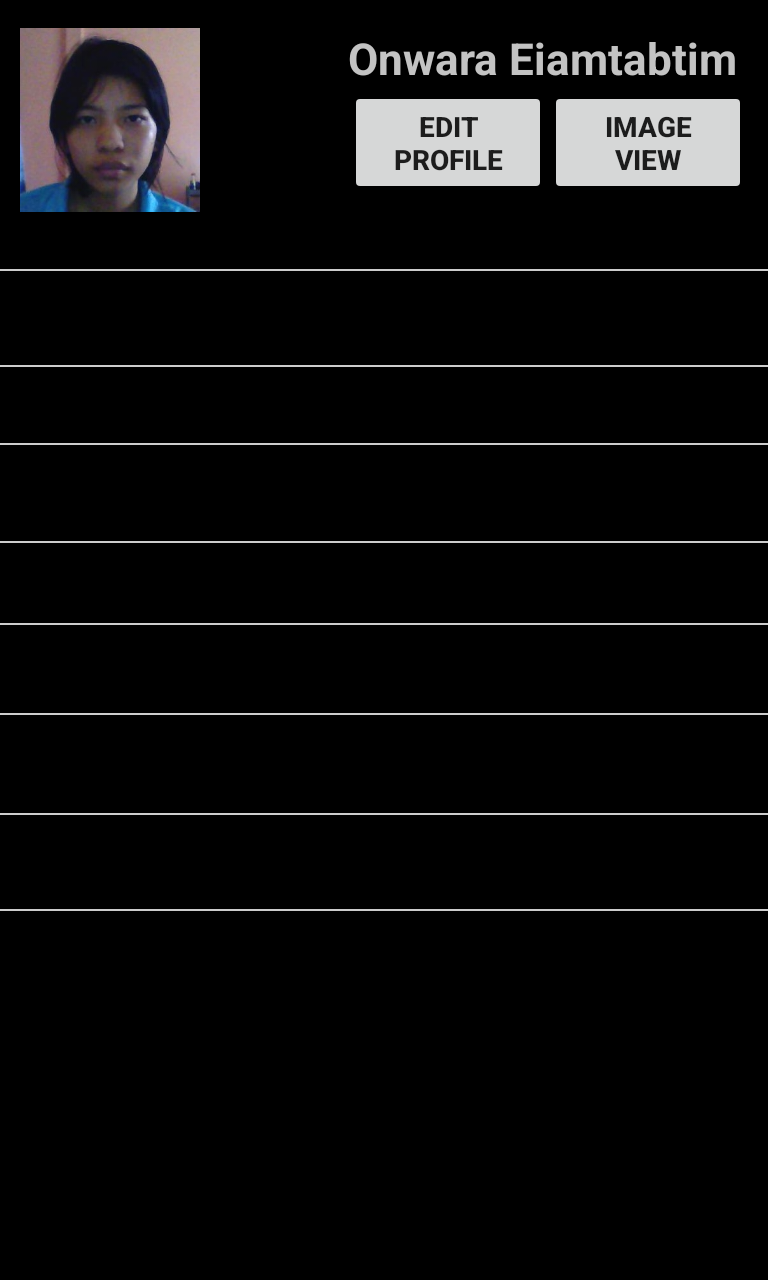
Repository: Android55410599/PROFILE
Layout: Resume_55410559/res/layout/activity_main.xml
These files come from the project's save history. The layout is drawn as it stood at one moment and after the next save; the edit follows.
It is drawn on a 768 x 1280 px phone screen (xhdpi) without system bars, with theme AppTheme; the app's code is not run.

Above is the layout before, as saved 2014-09-03 13:54:03.

### Resume_55410559/res/layout/activity_main.xml
<RelativeLayout xmlns:android="http://schemas.android.com/apk/res/android"
    xmlns:tools="http://schemas.android.com/tools"
    android:layout_width="match_parent"
    android:layout_height="match_parent"
    android:background="#000000"
    tools:context="com.example.resume_55410599.MainActivity" >

    <LinearLayout
        android:id="@+id/linearLayout1"
        android:layout_width="100dp"
        android:layout_height="100dp"
        android:layout_marginTop="10dp" >

        <ImageView
            android:id="@+id/imageView1"
            android:layout_width="wrap_content"
            android:layout_height="wrap_content"
            android:layout_marginLeft="10dp"
            android:src="@drawable/enn" />

    </LinearLayout>

    <TextView
        android:id="@+id/textView1"
        android:layout_width="wrap_content"
        android:layout_height="wrap_content"
        android:layout_alignLeft="@+id/linearLayout3"
        android:layout_alignParentTop="true"
        android:layout_marginTop="14dp"
        android:text="Onwara Eiamtabtim"
        android:textAppearance="?android:attr/textAppearanceLarge"
        android:textColor="#C3C3C3"
        android:textStyle="bold" />

    <LinearLayout
        android:id="@+id/linearLayout3"
        android:layout_width="wrap_content"
        android:layout_height="wrap_content"
        android:layout_alignParentRight="true"
        android:layout_below="@id/textView1"
        android:layout_marginRight="10dp"
        android:background="#000000" >

        <Button
            android:id="@+id/btn1"
            android:layout_width="100dp"
            android:layout_height="wrap_content"
            android:text="Edit Profile"
            android:textStyle="bold" />

        <Button
            android:id="@+id/btnimg"
            android:layout_width="100dp"
            android:layout_height="wrap_content"
            android:text="Image View"
            android:textStyle="bold" />

    </LinearLayout>

    <LinearLayout
        android:id="@+id/linearLayout2"
        android:layout_width="match_parent"
        android:layout_height="wrap_content"
        android:layout_alignParentLeft="true"
        android:layout_below="@+id/linearLayout1" >

        <TextView
            android:id="@+id/textView2"
            android:layout_width="wrap_content"
            android:layout_height="wrap_content"
            android:layout_marginLeft="5dp"
            android:text="Student in Burapha University BC 15"
            android:textAppearance="?android:attr/textAppearanceMedium"
            android:textStyle="bold|italic" />

    </LinearLayout>

    <TextView
        android:id="@+id/textView3"
        android:layout_width="wrap_content"
        android:layout_height="wrap_content"
        android:layout_alignParentLeft="true"
        android:layout_below="@+id/view1"
        android:layout_marginLeft="15dp"
        android:layout_marginTop="14dp"
        android:text="Age"
        android:textStyle="bold" />

    <TextView
        android:id="@+id/textView4"
        android:layout_width="wrap_content"
        android:layout_height="wrap_content"
        android:layout_alignBaseline="@+id/textView3"
        android:layout_alignBottom="@+id/textView3"
        android:layout_alignRight="@+id/textView1"
        android:text="21" />

    <TextView
        android:id="@+id/textView6"
        android:layout_width="wrap_content"
        android:layout_height="wrap_content"
        android:layout_alignBottom="@+id/view3"
        android:layout_alignRight="@+id/linearLayout3"
        android:layout_marginBottom="14dp"
        android:text="Female" />

    <TextView
        android:id="@+id/textView5"
        android:layout_width="wrap_content"
        android:layout_height="wrap_content"
        android:layout_alignBaseline="@+id/textView6"
        android:layout_alignBottom="@+id/textView6"
        android:layout_alignLeft="@+id/textView3"
        android:text="Sex"
        android:textStyle="bold" />

    <TextView
        android:id="@+id/textView7"
        android:layout_width="wrap_content"
        android:layout_height="wrap_content"
        android:layout_alignBottom="@+id/View01"
        android:layout_alignLeft="@+id/textView5"
        android:layout_marginBottom="16dp"
        android:text="Nickname"
        android:textStyle="bold" />

    <TextView
        android:id="@+id/textView8"
        android:layout_width="wrap_content"
        android:layout_height="wrap_content"
        android:layout_alignBaseline="@+id/textView7"
        android:layout_alignBottom="@+id/textView7"
        android:layout_alignRight="@+id/textView4"
        android:text="On" />

    <TextView
        android:id="@+id/textView10"
        android:layout_width="wrap_content"
        android:layout_height="wrap_content"
        android:layout_alignBottom="@+id/View02"
        android:layout_alignRight="@+id/textView6"
        android:layout_marginBottom="14dp"
        android:text="Computer Business" />

    <TextView
        android:id="@+id/textView9"
        android:layout_width="wrap_content"
        android:layout_height="wrap_content"
        android:layout_alignBaseline="@+id/textView10"
        android:layout_alignBottom="@+id/textView10"
        android:layout_alignRight="@+id/textView13"
        android:text="Major"
        android:textStyle="bold" />

    <TextView
        android:id="@+id/textView12"
        android:layout_width="wrap_content"
        android:layout_height="wrap_content"
        android:layout_alignBottom="@+id/View03"
        android:layout_alignLeft="@+id/textView10"
        android:layout_marginBottom="16dp"
        android:text="Science and Social " />

    <TextView
        android:id="@+id/textView11"
        android:layout_width="wrap_content"
        android:layout_height="wrap_content"
        android:layout_alignBaseline="@+id/textView12"
        android:layout_alignBottom="@+id/textView12"
        android:layout_alignLeft="@+id/textView7"
        android:text="Faculty"
        android:textStyle="bold" />

    <TextView
        android:id="@+id/textView14"
        android:layout_width="wrap_content"
        android:layout_height="wrap_content"
        android:layout_alignRight="@+id/textView16"
        android:layout_below="@+id/View03"
        android:layout_marginTop="16dp"
        android:text="3" />

    <TextView
        android:id="@+id/textView13"
        android:layout_width="wrap_content"
        android:layout_height="wrap_content"
        android:layout_alignBaseline="@+id/textView14"
        android:layout_alignBottom="@+id/textView14"
        android:layout_alignLeft="@+id/textView11"
        android:text="Grade"
        android:textStyle="bold" />

    <TextView
        android:id="@+id/textView16"
        android:layout_width="wrap_content"
        android:layout_height="wrap_content"
        android:layout_alignBaseline="@+id/textView15"
        android:layout_alignBottom="@+id/textView15"
        android:layout_alignRight="@+id/textView10"
        android:text="Burapha University" />

    <View
        android:id="@+id/View02"
        android:layout_width="wrap_content"
        android:layout_height="1dp"
        android:layout_alignParentLeft="true"
        android:layout_below="@+id/View01"
        android:layout_marginTop="40dp"
        android:background="#cccccc" />

    <TextView
        android:id="@+id/textView15"
        android:layout_width="wrap_content"
        android:layout_height="wrap_content"
        android:layout_alignLeft="@+id/textView9"
        android:layout_below="@+id/View04"
        android:layout_marginTop="14dp"
        android:text="University"
        android:textStyle="bold" />

    <View
        android:id="@+id/view1"
        android:layout_width="wrap_content"
        android:layout_height="1dp"
        android:layout_alignParentLeft="true"
        android:layout_below="@+id/linearLayout2"
        android:background="#cccccc" />

    <View
        android:id="@+id/view2"
        android:layout_width="wrap_content"
        android:layout_height="1dp"
        android:layout_alignParentLeft="true"
        android:layout_below="@+id/textView3"
        android:layout_marginTop="14dp"
        android:background="#cccccc" />

    <View
        android:id="@+id/View04"
        android:layout_width="wrap_content"
        android:layout_height="1dp"
        android:layout_alignParentLeft="true"
        android:layout_below="@+id/textView14"
        android:layout_marginTop="14dp"
        android:background="#cccccc" />

    <View
        android:id="@+id/View05"
        android:layout_width="wrap_content"
        android:layout_height="1dp"
        android:layout_alignParentLeft="true"
        android:layout_below="@+id/textView16"
        android:layout_marginTop="14dp"
        android:background="#cccccc" />

    <View
        android:id="@+id/View03"
        android:layout_width="wrap_content"
        android:layout_height="1dp"
        android:layout_alignParentLeft="true"
        android:layout_below="@+id/textView10"
        android:layout_marginTop="44dp"
        android:background="#cccccc" />

    <View
        android:id="@+id/View01"
        android:layout_width="wrap_content"
        android:layout_height="1dp"
        android:layout_alignParentLeft="true"
        android:layout_below="@+id/textView6"
        android:layout_marginTop="48dp"
        android:background="#cccccc" />

    <View
        android:id="@+id/view3"
        android:layout_width="wrap_content"
        android:layout_height="1dp"
        android:layout_alignParentLeft="true"
        android:layout_below="@+id/view2"
        android:layout_marginTop="38dp"
        android:background="#cccccc" />

</RelativeLayout>

Loaded but not shown: Resume_55410559/res/values/styles.xml (common file); Resume_55410559/res/values-v11/styles.xml (common file); Resume_55410559/res/values-v14/styles.xml (common file)

After the next save:
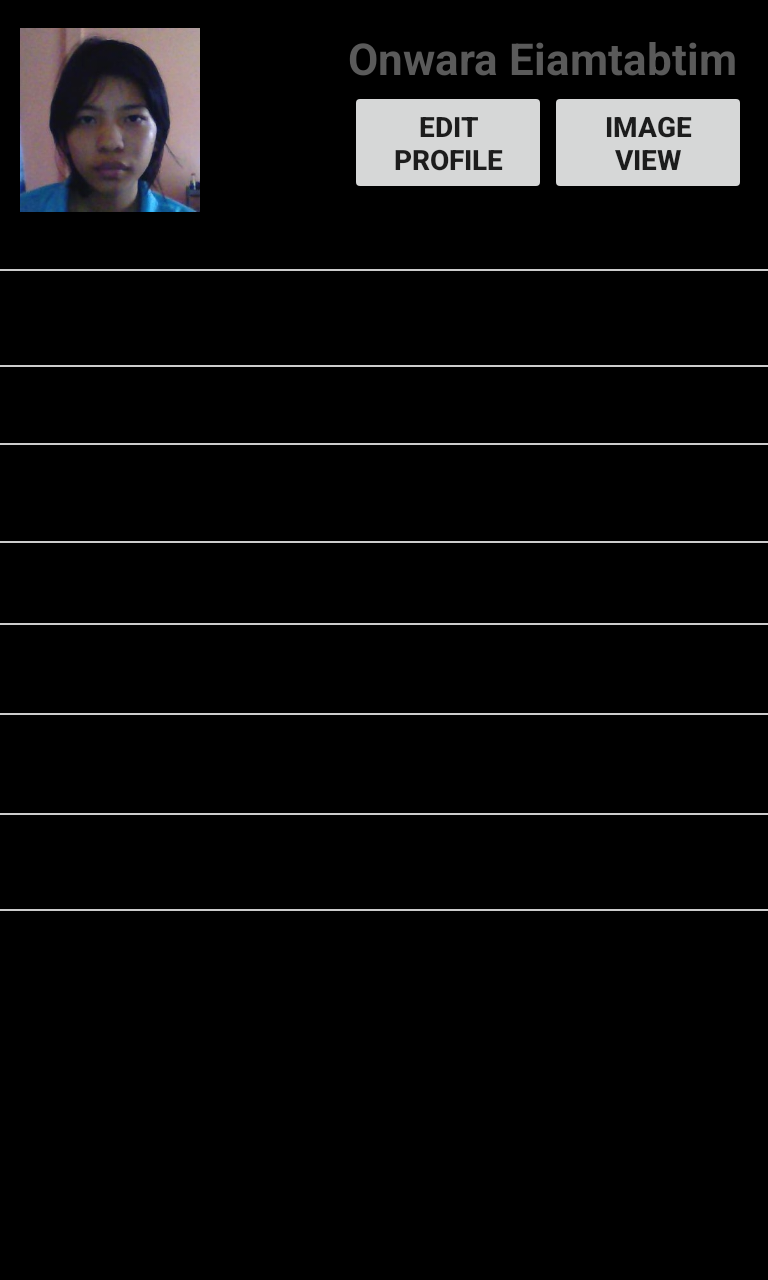
Saved 23 s later.
--- a/Resume_55410559/res/layout/activity_main.xml
+++ b/Resume_55410559/res/layout/activity_main.xml
@@ -29,7 +29,7 @@
         android:layout_marginTop="14dp"
         android:text="Onwara Eiamtabtim"
         android:textAppearance="?android:attr/textAppearanceLarge"
-        android:textColor="#C3C3C3"
+        android:textColor="#5A5A5A"
         android:textStyle="bold" />
 
     <LinearLayout
